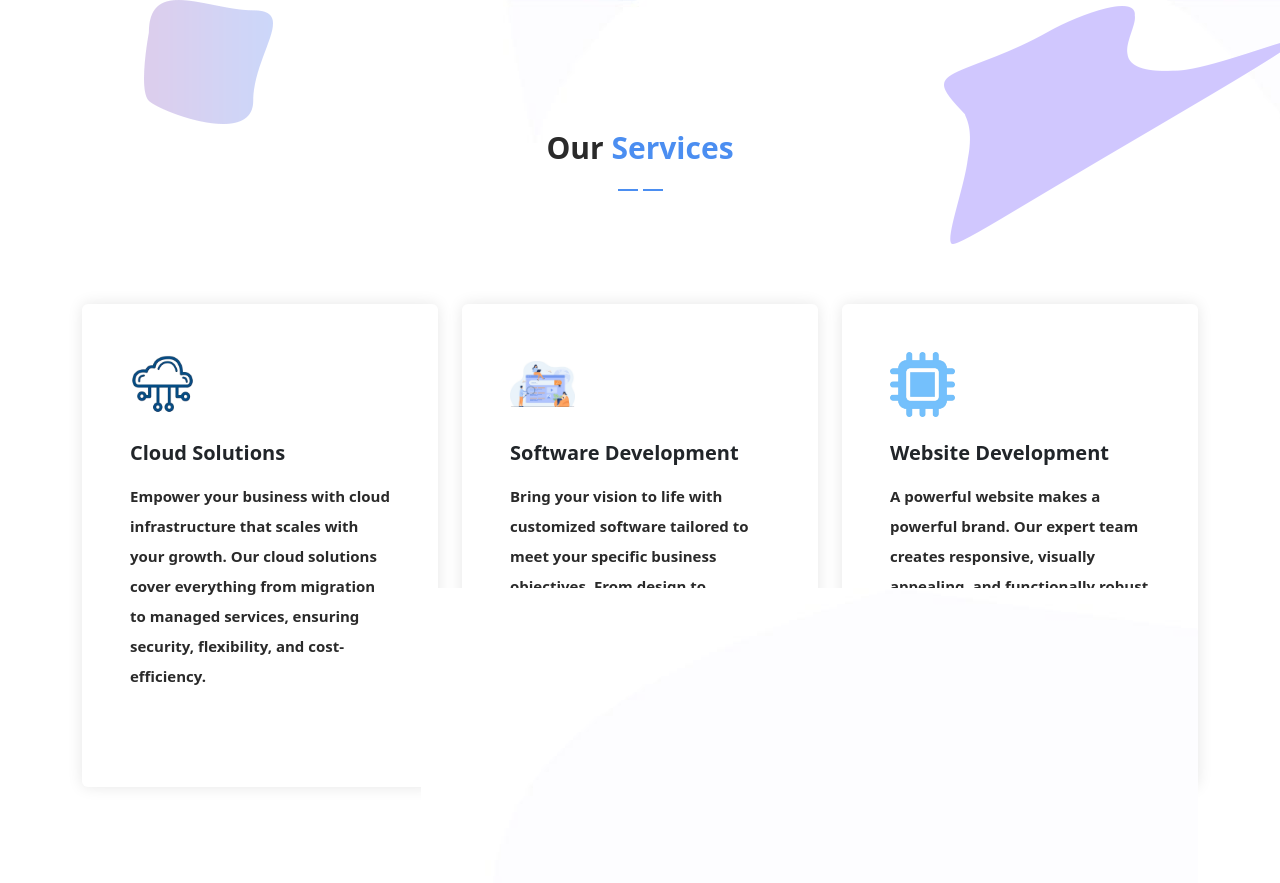
Repository: vijayholve/techzen
Page: about.html
An editor plug-in stored every save of this project. The page is shown before and after the next save, followed by the edit.
The browser window is 1280 px wide. The pictures show the part of the page from y = 1833 to 2716 px (the page is 4532 px tall before and 5042 px after).
Pictures or frames that could not be fetched are drawn as grey boxes. Some web libraries are served in a nearby version.

Above is the page before, as saved 2024-11-13 16:51:57.

After the next save:
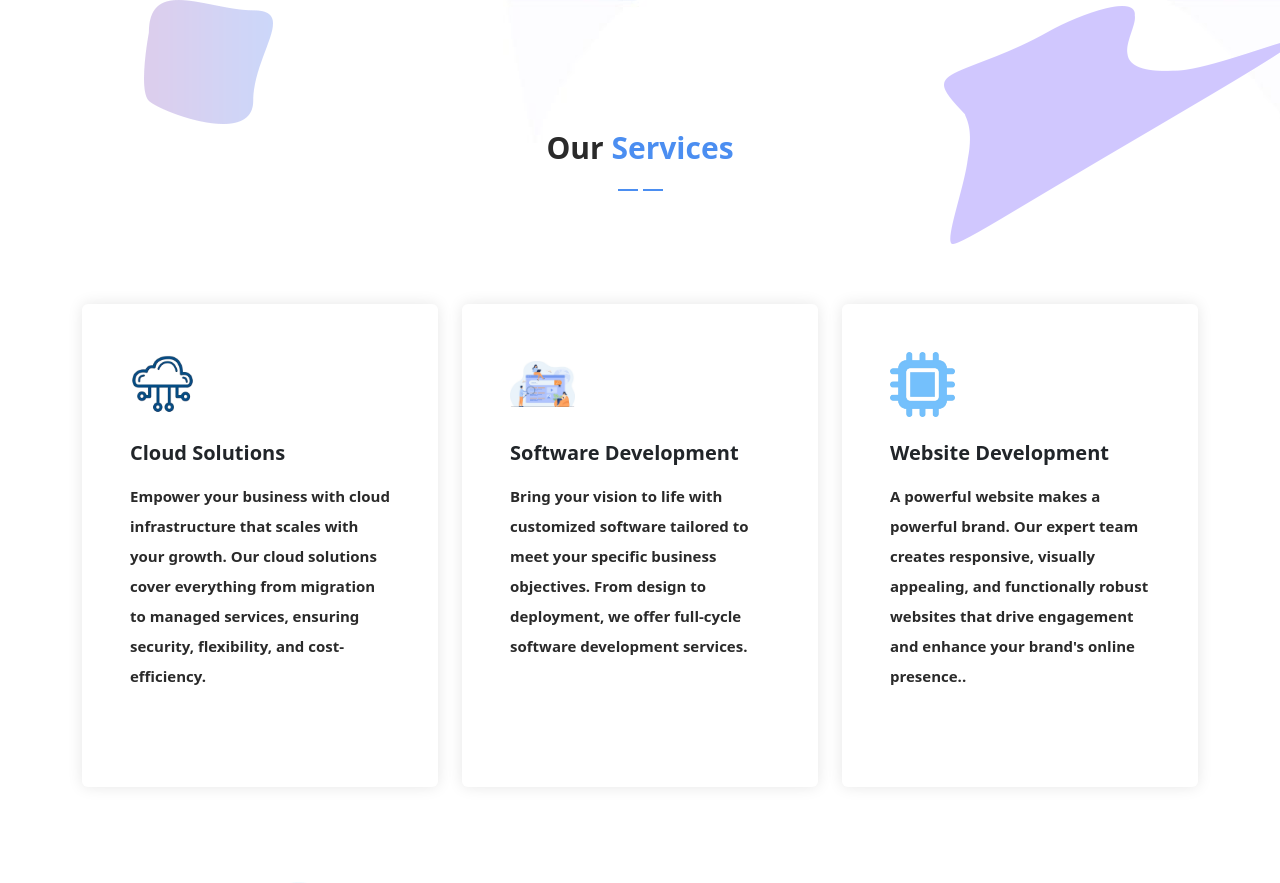
Saved 62 s later.
--- a/about.html
+++ b/about.html
@@ -204,7 +204,7 @@ https://templatemo.com/tm-570-chain-app-dev
 
 
 
-      <div id="about" class="about-us section">
+      <div id="about" class="about-us-2 section">
         <div class="container">
           <div class="row">
             <div class="col-lg-4">
